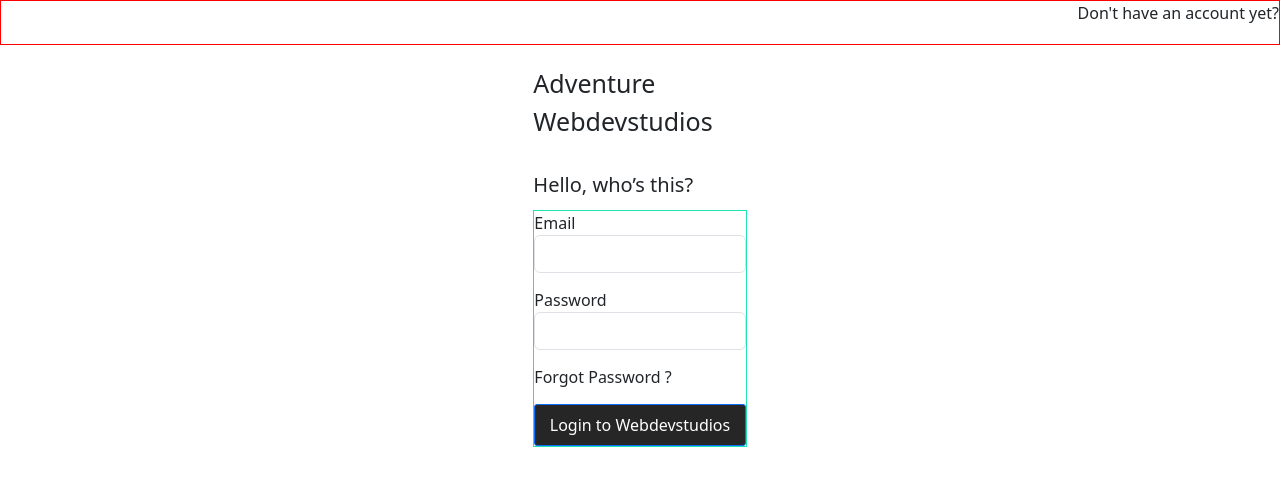
Repository: nnbxxx/React-Untimate
Page: /login
The author's editor kept a copy of each file at every save. The page is drawn from the files as they stood at one save, then again after the next save.
The browser window is 1280 px wide. The pictures show the whole page.
The project was rebuilt for these pictures with package versions that can differ from the ones it lists, and the page was loaded fresh each time. Also part of the build but not shown: src/components/Header/header.js, src/App.js, src/components/User/User.js, src/components/Admin/SideBar.scss, src/components/Admin/SideBar.js, src/components/Admin/Admin.scss, src/components/Admin/Admin.js, src/components/Home/HomePage.js and 11 more. Imported but missing from the stored project, and not drawn on this page: src/assets/video-homepage.webm.

Above is the page before, as saved 2023-04-12 20:45:17.

After the next save:
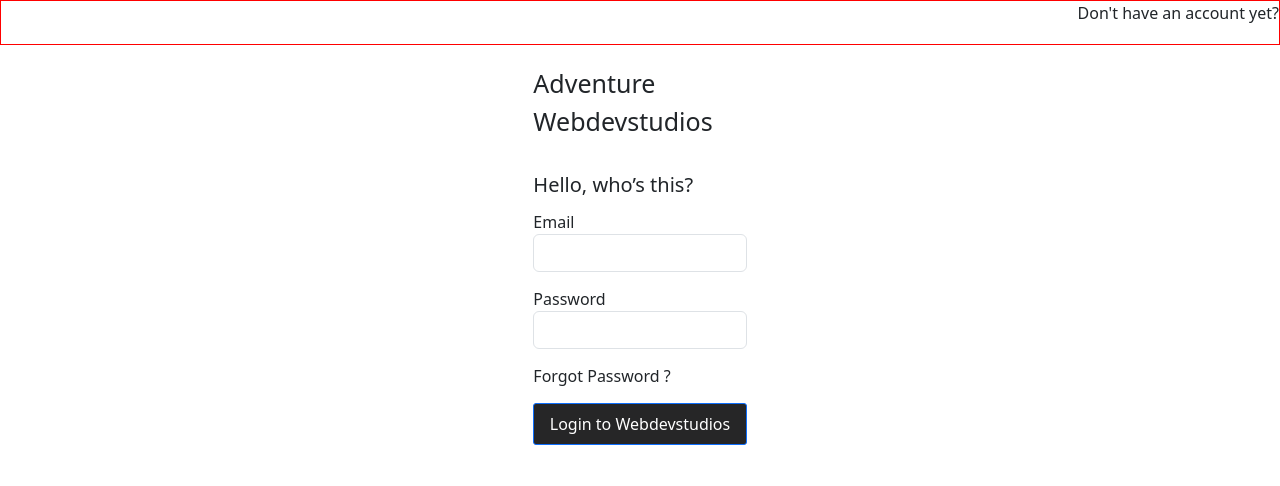
Saved 22 s later.
--- a/src/components/Auth/Login.scss
+++ b/src/components/Auth/Login.scss
@@ -13,7 +13,6 @@
     padding: 10px 0;
   }
   .content-form {
-    border: 1px solid #20e3b2;
     display: flex;
 
     justify-content: center;
